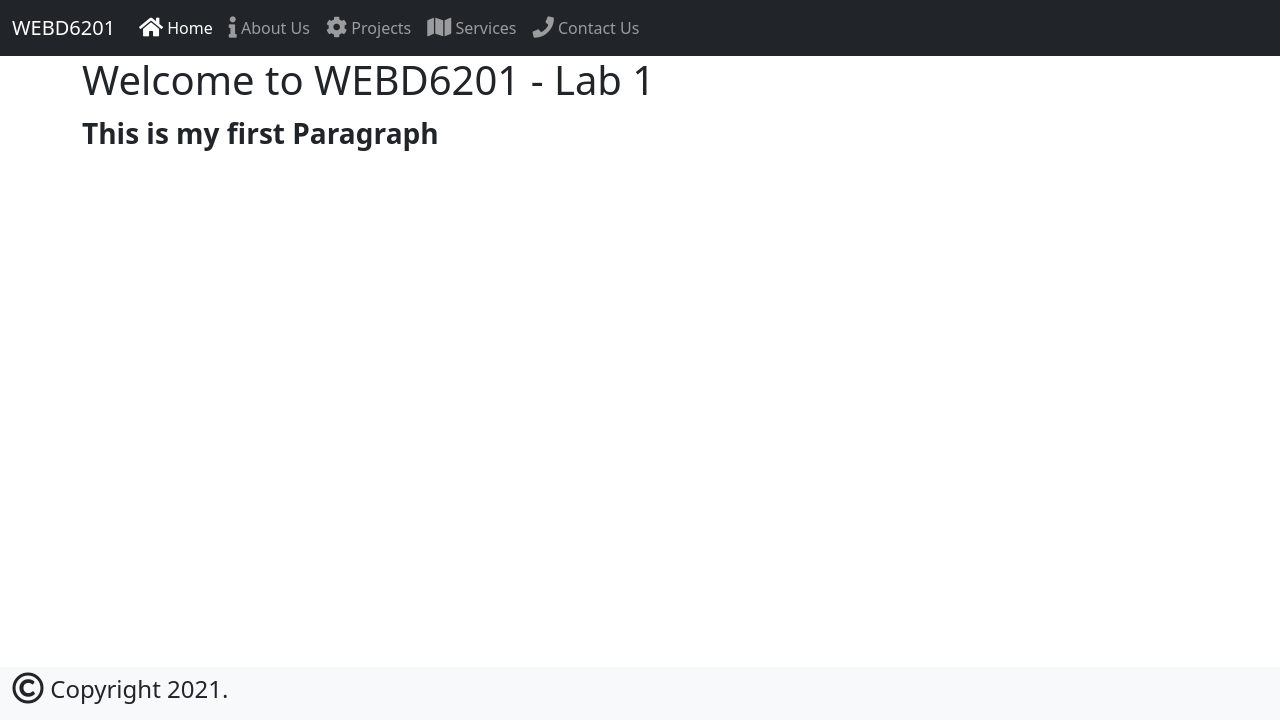
Repository: AshokSasi/WEBD6201-ASasitharan-ICE3
Page: index.html
An editor plug-in stored every save of this project. The page is shown before and after the next save, followed by the edit.
The browser window is 1280 px wide. The pictures show the whole page.

Above is the page before, as saved 2021-02-03 09:31:26.

After the next save:
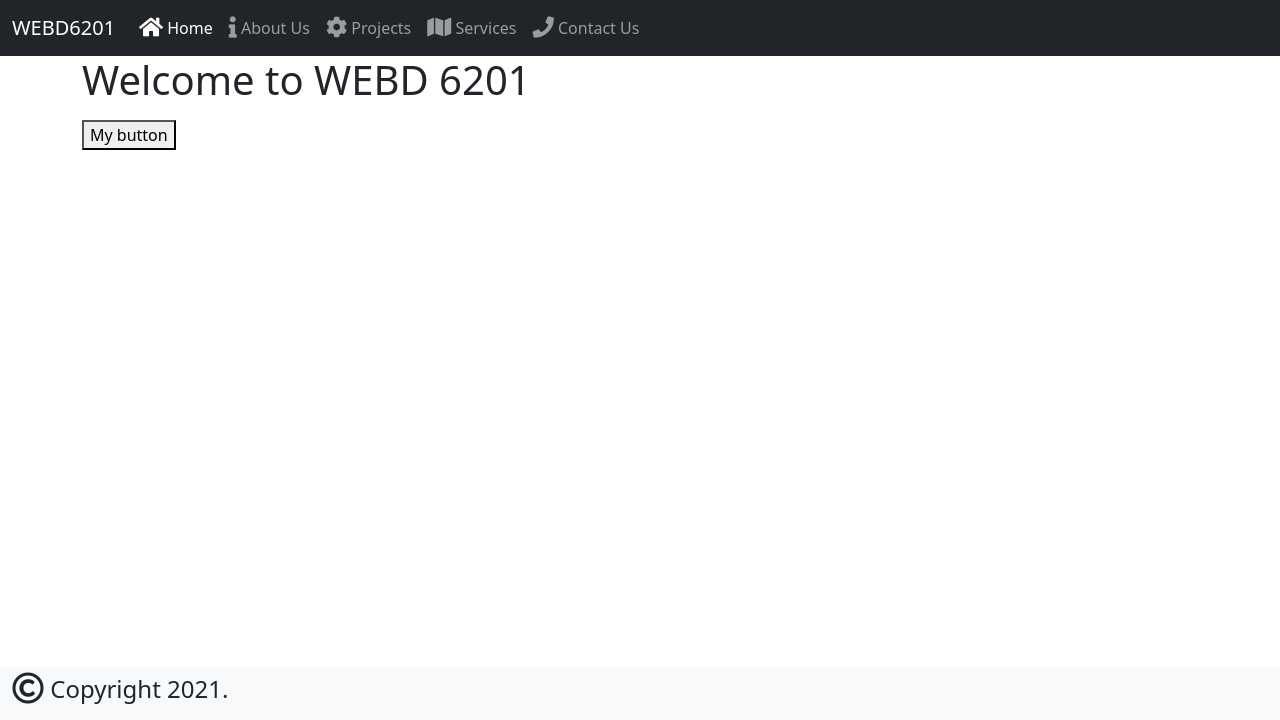
Console error: ReferenceError: h1 is not defined
Saved 25 s later.
--- a/Scripts/app.js
+++ b/Scripts/app.js
@@ -20,11 +20,11 @@
         console.log("clicked j query h1!!!");
       });
 
-      let h1=  document.querySelectorAll("h1")[0];
+      let button=  document.querySelectorAll("button")[0];
 
       h1.addEventListener("click", function()
       {
-        console.log("clicked js h1!!!");
+        console.log("clicked the button!!!");
       })
 
         let paragraphOneText =

After the save that followed:
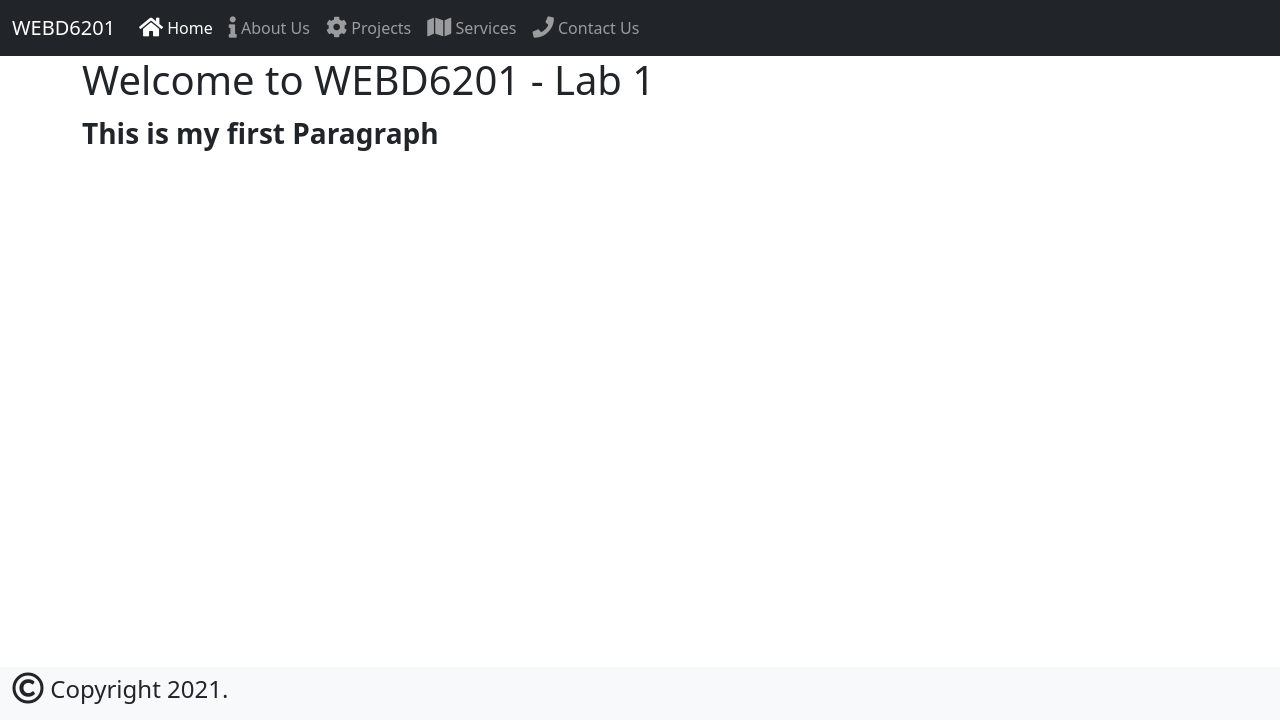
The error is gone.
Saved 15 s later.
--- a/Scripts/app.js
+++ b/Scripts/app.js
@@ -22,9 +22,10 @@
 
       let button=  document.querySelectorAll("button")[0];
 
-      h1.addEventListener("click", function()
+      button.addEventListener("click", function()
       {
-        console.log("clicked the button!!!");
+        console.log("clicked the button JS!!!");
+
       })
 
         let paragraphOneText =
